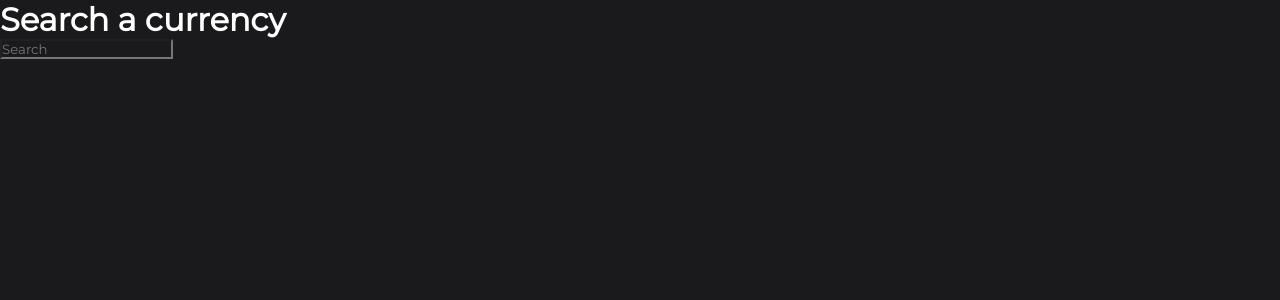
Repository: azizdeghais/Cryptocurrency
Page: /
The author's editor kept a copy of each file at every save. The page is drawn from the files as they stood at one save, then again after a run of saves.
The browser window is 1280 px wide. The pictures show the whole page.
The page's requests for data from a server got no answer. The project was rebuilt for these pictures with package versions that can differ from the ones it lists, and the page was loaded fresh each time. No one was signed in, and anything a server would have sent is missing. Also part of the build but not shown: src/Coins.css, src/Coin.js.

Above is the page before, as saved 2022-11-11 21:40:24.

### src/App.js
import React, { useState, useEffect } from "react";
import "./App.css";
import axios from "axios";
import Coin from "./Coin";

function App() {

const [coins, setCoins]=useState([]);
const [search,setSearch]=useState('');

  useEffect(() => {
    axios.get(
      "https://api.coingecko.com/api/v3/coins/markets?vs_currency=eur&order=market_cap_desc&per_page=100&page=1&sparkline=false"
    ).then(res => {
      setCoins(res.data);
      console.log(res.data);
    }).catch(error=> console.log(error))
  },[]);

  const handleChange = e=>{
  setSearch(e.target.value);
  }

  const filteredCoins= coins.filter ( coin =>
    coin.name.toLowerCase().includes(search.toLowerCase())
  )

  return(
  <div className="coin-app">
    <div className="coin-search">
      <h1 className="coin-text">Search a currency</h1>
      <form>
        <input type="text" className="coin-input" placeholder="Search" onChange={handleChange}/>
      </form>
    </div>
    {filteredCoins.map(coin=>{
      return (
        <Coin key={coin.id}
            name={coin.name}
             image={coin.image}
             symbol={coin.symbol}
             price={coin.current_price}
             volume={coin.total_volume}
             priceChange={coin.price_change_percentage_24h}
             marketcap={coin.market_cap}
             />
      )
    })}
  </div>
  );
}

export default App;

### src/App.css
@import url('https://fonts.googleapis.com/css2?family=Montserrat&display=swap');

*{
  box-sizing: border-box;
  margin: 0;
  padding: 0;
  font-family: 'Montserrat',sans-serif;
  background-color: #1a1a1c;
  color:#fff;
}
.coin-app{
  display: flex;
  flex-direction: column;
}

Loaded but not shown: public/index.html (common file); src/index.js (common file)

After the next 2 saves:
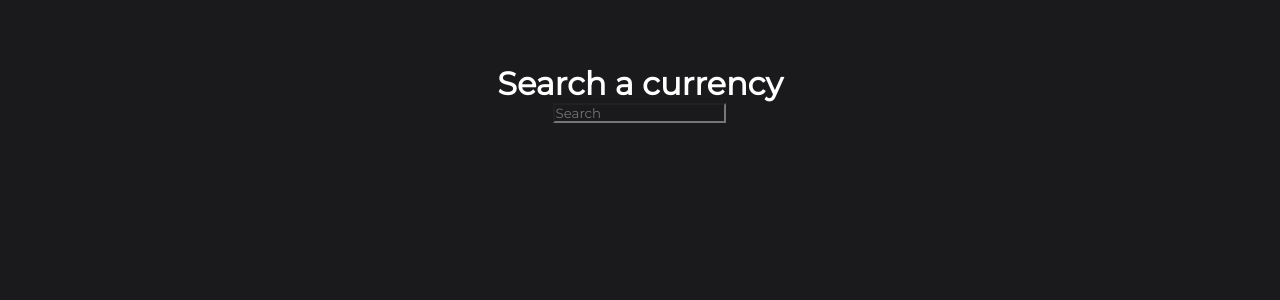
The 2 saves are shown as one change because they came seconds apart.
The last was saved 34 s later.
--- a/src/App.css
+++ b/src/App.css
@@ -11,4 +11,14 @@
 .coin-app{
   display: flex;
   flex-direction: column;
+  align-items: center;
+  margin-top: 64px;
+  color:#fff
 }
+.coin-search{
+  margin-bottom: 64px;
+  display:flex;
+  flex-direction: column;
+  justify-content: center;
+  align-items: center;
+}
